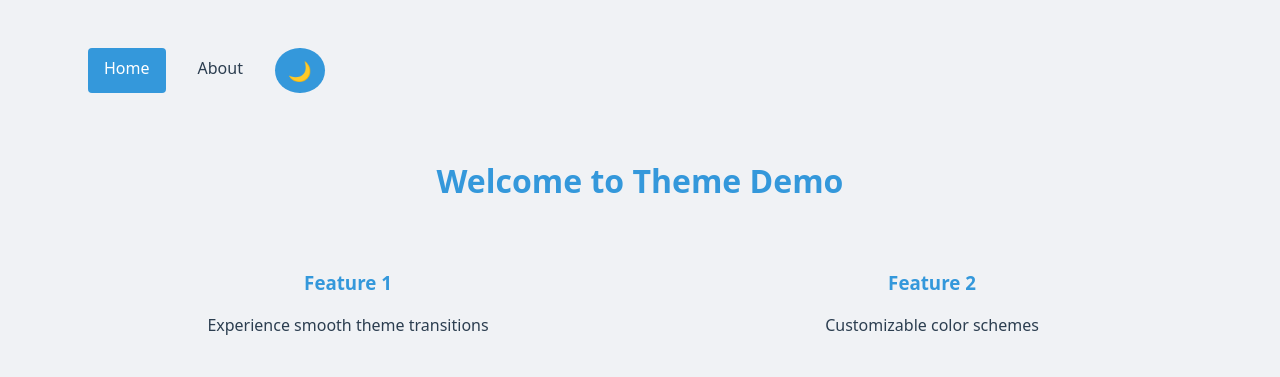
Repository: krislorem/multi
Page: /
The author's editor kept a copy of each file at every save. The page is drawn from the files as they stood at one save, then again after the next save.
The browser window is 1280 px wide. The pictures show the whole page.
The project was rebuilt for these pictures with package versions that can differ from the ones it lists, and the page was loaded fresh each time. Also part of the build but not shown: vite.config.ts.

Above is the page before, as saved 2025-02-12 18:26:37.

After the next save:
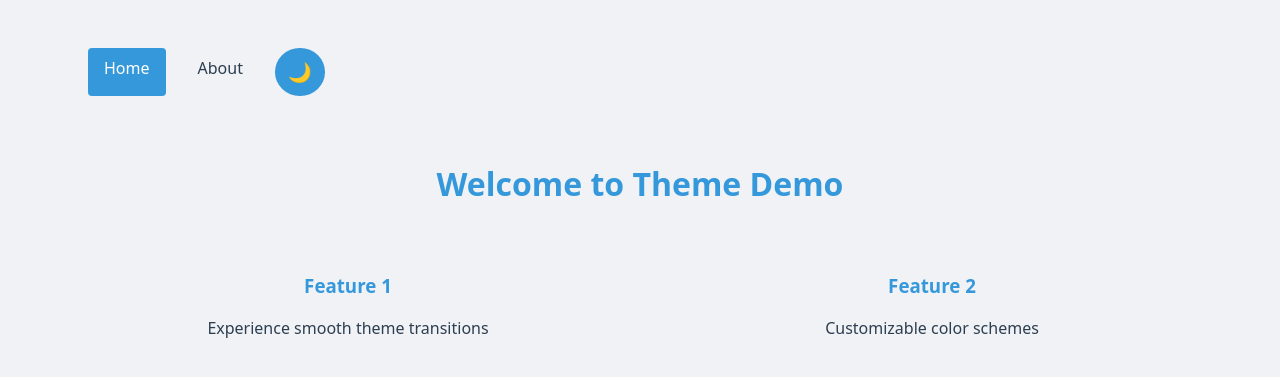
Saved 1 s later.
--- a/src/components/ThemeSwitcher.vue
+++ b/src/components/ThemeSwitcher.vue
@@ -1,94 +1,123 @@
 <script setup lang="ts">
 import { useThemeStore } from '@/stores/theme'
-import { ref, onMounted } from 'vue'
+import { ref, onMounted, watchEffect } from 'vue'
 import gsap from 'gsap'
 
 const themeStore = useThemeStore()
 const targetTheme = ref(themeStore.currentTheme)
 
-const getCenterPosition = (element: HTMLElement) => {
-  const rect = element.getBoundingClientRect()
-  return {
-    x: rect.left + rect.width / 2,
-    y: rect.top + rect.height / 2
-  }
+// 颜色映射表
+const colorVars = [
+  '--bg-color',
+  '--text-color',
+  '--primary-color',
+  '--accent-color'
+]
+
+const getComputedColor = (theme: string, colorVar: string) => {
+  const root = document.documentElement
+  const currentTheme = root.getAttribute('data-theme')
+
+  // 临时切换主题获取颜色值
+  root.setAttribute('data-theme', theme)
+  const color = getComputedStyle(root)
+    .getPropertyValue(colorVar.replace('mask-', ''))
+
+  // 恢复原主题
+  currentTheme
+    ? root.setAttribute('data-theme', currentTheme)
+    : root.removeAttribute('data-theme')
+
+  return color
 }
 
 const switchTheme = async (event: MouseEvent) => {
   const button = event.currentTarget as HTMLElement
-  const { x, y } = getCenterPosition(button)
+  const rect = button.getBoundingClientRect()
+  const centerX = rect.left + rect.width / 2
+  const centerY = rect.top + rect.height / 2
   const newTheme = targetTheme.value === 'light' ? 'dark' : 'light'
 
-  const mask = document.createElement('div')
-  mask.style.cssText = `
+  // 创建双层遮罩
+  const maskWrapper = document.createElement('div')
+  const maskLayer = document.createElement('div')
+  maskWrapper.style.cssText = `
     position: fixed;
     top: 0;
     left: 0;
     width: 100vw;
     height: 100vh;
-    background: ${newTheme === 'light' ? '#eaecee' : '#17202a '};
-    clip-path: circle(0% at ${x}px ${y}px);
     z-index: 9999;
     pointer-events: none;
+  `
+  maskLayer.style.cssText = `
+    width: 100%;
+    height: 100%;
     mix-blend-mode: difference;
+    clip-path: circle(0% at ${centerX}px ${centerY}px);
   `
-  document.body.appendChild(mask)
 
-  await gsap.to(mask, {
-    clipPath: `circle(150% at ${x}px ${y}px)`,
-    duration: 0.5,
-    ease: 'power4.out'
+  // 应用mask颜色变量
+  colorVars.forEach(varName => {
+    const maskVar = `mask-${varName}`
+    const targetColor = getComputedColor(newTheme, varName)
+    maskLayer.style.setProperty(varName, targetColor)
   })
 
-  themeStore.setTheme(newTheme)
-  targetTheme.value = newTheme
-  document.documentElement.setAttribute('data-theme', newTheme)
-  document.body.removeChild(mask)
+  maskWrapper.appendChild(maskLayer)
+  document.body.appendChild(maskWrapper)
+
+  // 动画执行
+  await gsap.to(maskLayer, {
+    clipPath: `circle(150% at ${centerX}px ${centerY}px)`,
+    duration: 0.5,
+    ease: 'power4.out',
+    onComplete: () => {
+      themeStore.setTheme(newTheme)
+      targetTheme.value = newTheme
+      document.body.removeChild(maskWrapper)
+    }
+  })
 }
 
-onMounted(() => {
-  document.documentElement.setAttribute('data-theme', themeStore.currentTheme)
+// 动态更新CSS变量
+watchEffect(() => {
+  const root = document.documentElement
+  root.setAttribute('data-theme', themeStore.currentTheme)
 })
 </script>
 
 <template>
-  <button @click="switchTheme" class="theme-switcher"
-    :title="`Switch to ${targetTheme === 'light' ? 'dark' : 'light'} theme`">
-    <transition name="fade" mode="out-in">
-      <span :key="targetTheme">
-        {{ targetTheme === 'light' ? '🌙' : '☀️' }}
-      </span>
-    </transition>
+  <button @click="switchTheme" class="theme-switcher" :style="{
+    '--button-bg': `var(--primary-color)`,
+    '--button-text': `var(--text-color)`
+  }">
+    <span class="icon">
+      {{ targetTheme === 'light' ? '🌙' : '☀️' }}
+    </span>
   </button>
 </template>
 
 <style lang="scss">
 .theme-switcher {
-  background: var(--primary-color);
+  background: var(--button-bg);
+  color: var(--button-text);
   border: none;
   padding: 0.8rem;
   border-radius: 50%;
   cursor: pointer;
-  transition: transform 0.2s ease;
+  transition:
+    transform 0.2s ease,
+    background 0.3s var(--theme-transition);
 
   &:hover {
     transform: scale(1.1);
   }
 
-  span {
+  .icon {
     display: block;
     font-size: 1.2rem;
-    line-height: 1;
+    transition: opacity 0.3s var(--theme-transition);
   }
 }
-
-.fade-enter-active,
-.fade-leave-active {
-  transition: opacity 0.2s ease;
-}
-
-.fade-enter-from,
-.fade-leave-to {
-  opacity: 0;
-}
 </style>

After the save that followed:
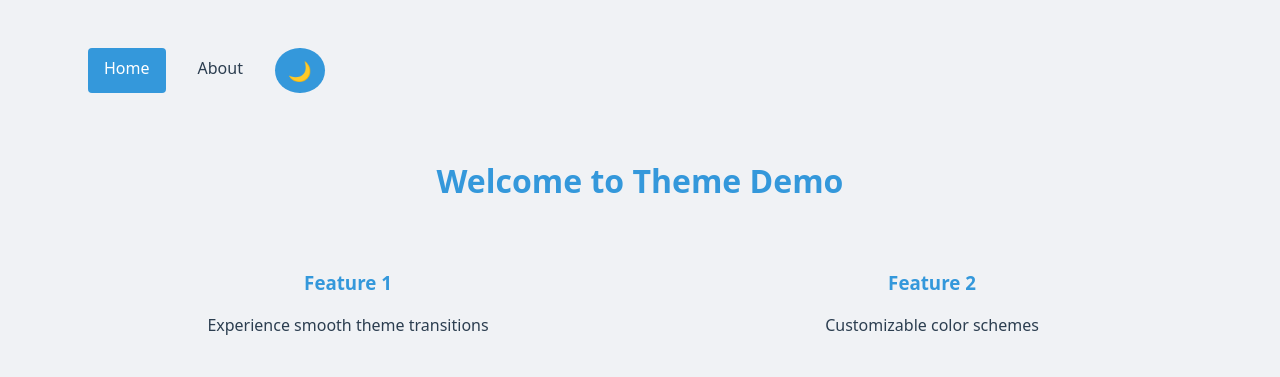
Saved 2 min 58 s later.
--- a/src/assets/styles/light.scss
+++ b/src/assets/styles/light.scss
@@ -4,12 +4,5 @@
   --text-color: #2c3e50;
   --primary-color: #3498db;
   --accent-color: #e74c3c;
-
-  // 对应暗色主题的互补色（用于mask）
-  --mask-bg-color: #0f0d13; // = #f0f2f5 - #ffffff
-  --mask-text-color: #d3c1af; // = #2c3e50 - #ffffff
-  --mask-primary-color: #cb673c; // = #3498db - #ffffff
-  --mask-accent-color: #18b3c4; // = #e74c3c - #ffffff
-
   --theme-transition: all 0.3s cubic-bezier(0.4, 0, 0.2, 1);
 }
--- a/src/assets/styles/dark.scss
+++ b/src/assets/styles/dark.scss
@@ -4,12 +4,5 @@
   --text-color: #d3c1af;
   --primary-color: #cb673c;
   --accent-color: #18b3c4;
-
-  // 对应亮色主题的互补色（用于mask）
-  --mask-bg-color: #f0f2f5; // = #0f0d13 - #ffffff
-  --mask-text-color: #2c3e50; // = #d3c1af - #ffffff
-  --mask-primary-color: #3498db; // = #cb673c - #ffffff
-  --mask-accent-color: #e74c3c; // = #18b3c4 - #ffffff
-
   --theme-transition: all 0.3s cubic-bezier(0.4, 0, 0.2, 1);
 }
--- a/src/components/ThemeSwitcher.vue
+++ b/src/components/ThemeSwitcher.vue
@@ -1,123 +1,94 @@
 <script setup lang="ts">
 import { useThemeStore } from '@/stores/theme'
-import { ref, onMounted, watchEffect } from 'vue'
+import { ref, onMounted } from 'vue'
 import gsap from 'gsap'
 
 const themeStore = useThemeStore()
 const targetTheme = ref(themeStore.currentTheme)
 
-// 颜色映射表
-const colorVars = [
-  '--bg-color',
-  '--text-color',
-  '--primary-color',
-  '--accent-color'
-]
-
-const getComputedColor = (theme: string, colorVar: string) => {
-  const root = document.documentElement
-  const currentTheme = root.getAttribute('data-theme')
-
-  // 临时切换主题获取颜色值
-  root.setAttribute('data-theme', theme)
-  const color = getComputedStyle(root)
-    .getPropertyValue(colorVar.replace('mask-', ''))
-
-  // 恢复原主题
-  currentTheme
-    ? root.setAttribute('data-theme', currentTheme)
-    : root.removeAttribute('data-theme')
-
-  return color
+const getCenterPosition = (element: HTMLElement) => {
+  const rect = element.getBoundingClientRect()
+  return {
+    x: rect.left + rect.width / 2,
+    y: rect.top + rect.height / 2
+  }
 }
 
 const switchTheme = async (event: MouseEvent) => {
   const button = event.currentTarget as HTMLElement
-  const rect = button.getBoundingClientRect()
-  const centerX = rect.left + rect.width / 2
-  const centerY = rect.top + rect.height / 2
+  const { x, y } = getCenterPosition(button)
   const newTheme = targetTheme.value === 'light' ? 'dark' : 'light'
 
-  // 创建双层遮罩
-  const maskWrapper = document.createElement('div')
-  const maskLayer = document.createElement('div')
-  maskWrapper.style.cssText = `
+  const mask = document.createElement('div')
+  mask.style.cssText = `
     position: fixed;
     top: 0;
     left: 0;
     width: 100vw;
     height: 100vh;
+    background: ${newTheme === 'light' ? '#eaecee' : '#17202a '};
+    clip-path: circle(0% at ${x}px ${y}px);
     z-index: 9999;
     pointer-events: none;
+    mix-blend-mode: difference;
   `
-  maskLayer.style.cssText = `
-    width: 100%;
-    height: 100%;
-    mix-blend-mode: difference;
-    clip-path: circle(0% at ${centerX}px ${centerY}px);
-  `
+  document.body.appendChild(mask)
 
-  // 应用mask颜色变量
-  colorVars.forEach(varName => {
-    const maskVar = `mask-${varName}`
-    const targetColor = getComputedColor(newTheme, varName)
-    maskLayer.style.setProperty(varName, targetColor)
+  await gsap.to(mask, {
+    clipPath: `circle(150% at ${x}px ${y}px)`,
+    duration: 0.5,
+    ease: 'power4.out'
   })
 
-  maskWrapper.appendChild(maskLayer)
-  document.body.appendChild(maskWrapper)
-
-  // 动画执行
-  await gsap.to(maskLayer, {
-    clipPath: `circle(150% at ${centerX}px ${centerY}px)`,
-    duration: 0.5,
-    ease: 'power4.out',
-    onComplete: () => {
-      themeStore.setTheme(newTheme)
-      targetTheme.value = newTheme
-      document.body.removeChild(maskWrapper)
-    }
-  })
+  themeStore.setTheme(newTheme)
+  targetTheme.value = newTheme
+  document.documentElement.setAttribute('data-theme', newTheme)
+  document.body.removeChild(mask)
 }
 
-// 动态更新CSS变量
-watchEffect(() => {
-  const root = document.documentElement
-  root.setAttribute('data-theme', themeStore.currentTheme)
+onMounted(() => {
+  document.documentElement.setAttribute('data-theme', themeStore.currentTheme)
 })
 </script>
 
 <template>
-  <button @click="switchTheme" class="theme-switcher" :style="{
-    '--button-bg': `var(--primary-color)`,
-    '--button-text': `var(--text-color)`
-  }">
-    <span class="icon">
-      {{ targetTheme === 'light' ? '🌙' : '☀️' }}
-    </span>
+  <button @click="switchTheme" class="theme-switcher"
+    :title="`Switch to ${targetTheme === 'light' ? 'dark' : 'light'} theme`">
+    <transition name="fade" mode="out-in">
+      <span :key="targetTheme">
+        {{ targetTheme === 'light' ? '🌙' : '☀️' }}
+      </span>
+    </transition>
   </button>
 </template>
 
 <style lang="scss">
 .theme-switcher {
-  background: var(--button-bg);
-  color: var(--button-text);
+  background: var(--primary-color);
   border: none;
   padding: 0.8rem;
   border-radius: 50%;
   cursor: pointer;
-  transition:
-    transform 0.2s ease,
-    background 0.3s var(--theme-transition);
+  transition: transform 0.2s ease;
 
   &:hover {
     transform: scale(1.1);
   }
 
-  .icon {
+  span {
     display: block;
     font-size: 1.2rem;
-    transition: opacity 0.3s var(--theme-transition);
+    line-height: 1;
   }
 }
+
+.fade-enter-active,
+.fade-leave-active {
+  transition: opacity 0.2s ease;
+}
+
+.fade-enter-from,
+.fade-leave-to {
+  opacity: 0;
+}
 </style>
